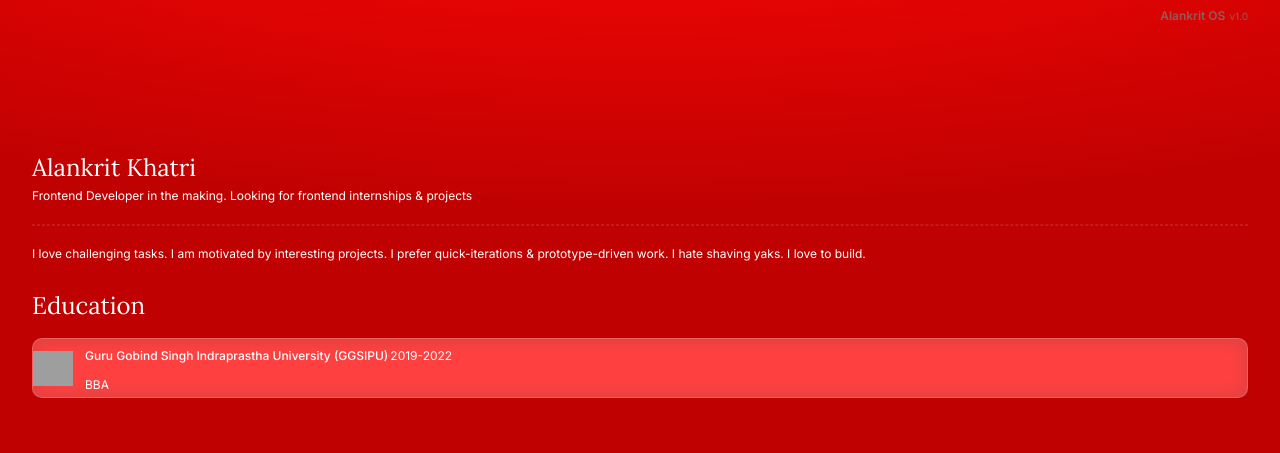
Repository: alankritkhatri/alankrit.xyz
Page: /
These files come from the project's save history. The page is drawn as it stood at one moment and after the next save; the edit follows.
The browser window is 1280 px wide. The pictures show the whole page.
Pictures or frames that could not be fetched are drawn as grey boxes. The project was rebuilt for these pictures with package versions that can differ from the ones it lists, and the page was loaded fresh each time. Also part of the build but not shown: vite.config.js, src/blog.jsx.

Above is the page before, as saved 2024-08-11 20:13:10.

After the next save:
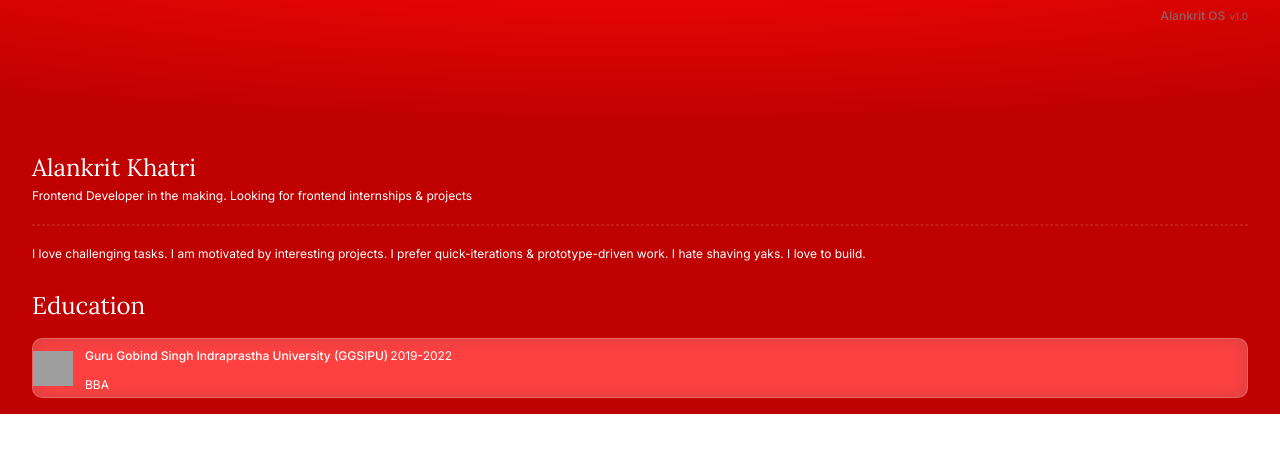
Saved 2 min 2 s later.
--- a/src/App.css
+++ b/src/App.css
@@ -19,7 +19,7 @@
     line-height: 24px;
   }
   color: white;
-  height: 100vh; /*temp*/
+
   background: radial-gradient(100% 50% at 50% -20%, #ff0606, #bf0101);
   padding: 0px 32px;
   a {
